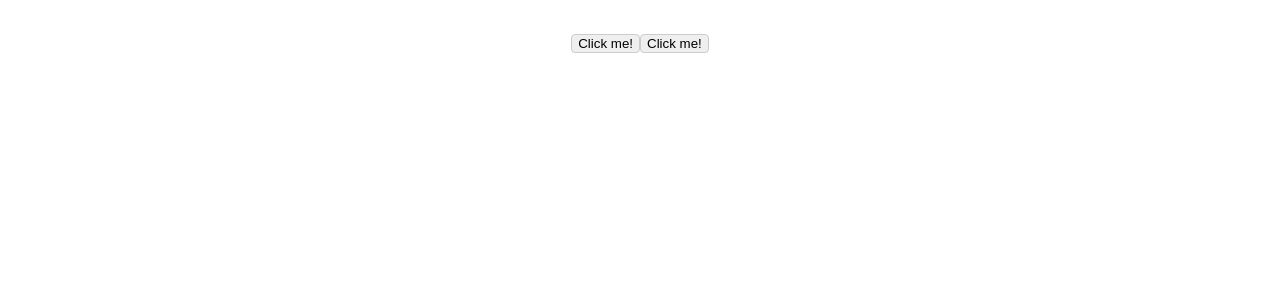
Repository: ThanhThn/tiktok-ui
Page: /
These files come from the project's save history. The page is drawn as it stood at one moment and after a run of saves; the edit follows.
The browser window is 1280 px wide. The pictures show the whole page.
The project was rebuilt for these pictures with package versions that can differ from the ones it lists, and the page was loaded fresh each time.

Above is the page before, as saved 2023-09-02 13:53:15.

### src/index.js
import React from 'react';
import ReactDOM from 'react-dom/client';
import './index.css';
import App from './App';
import reportWebVitals from './reportWebVitals';
//Fake comments

const root = ReactDOM.createRoot(document.getElementById('root'));
root.render(
  //<React.StrictMode
       <App />
  //</React.StrictMode>
);

// If you want to start measuring performance in your app, pass a function
// to log results (for example: reportWebVitals(console.log))
// or send to an analytics endpoint. Learn more: https://bit.ly/CRA-vitals
reportWebVitals();

### src/App.js
import './App.css';
import Button from './components/Button'
function App() {

  return (
    <div className="App" style={{ padding: 32 }}>
      <Button/>
    </div>
  );
}



export default App;

### src/components/Button/index.js
import clsx from 'clsx'
import styles from './Button.module.css'

function Button(){
    console.log(styles)
    return (
        <>
        <button className={styles.btn}>
            Click me!
        </button>
        <button className={clsx(styles.btn, styles.active)}>
            Click me!
        </button>
        </>
    )
}

export default Button

### src/components/Button/Button.module.css
.btn {
    padding: 4xp 16px;
    border-radius: 4px;
    border: 1px solid #ccc;
}

Loaded but not shown: public/index.html (common file); src/index.css (common file); src/reportWebVitals.js (common file); src/App.css (common file)

After the next 5 saves:
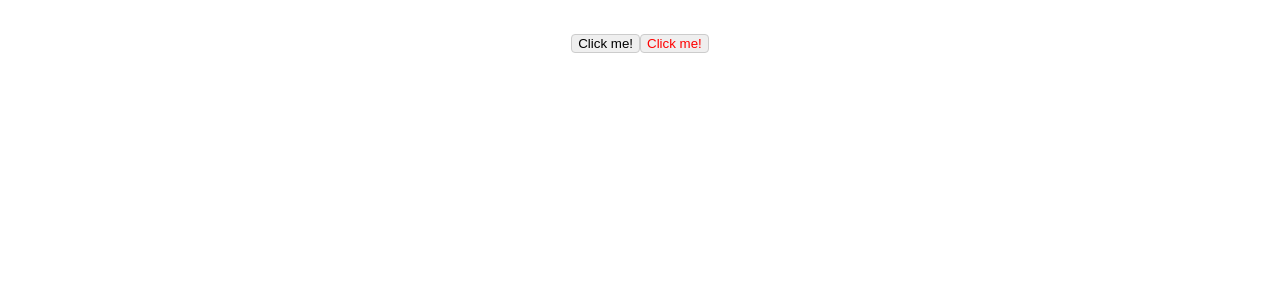
The 5 saves are shown as one change because they came seconds apart.
The last was saved 20 s later.
--- a/src/components/Button/Button.module.css
+++ b/src/components/Button/Button.module.css
@@ -3,3 +3,6 @@
     border-radius: 4px;
     border: 1px solid #ccc;
 }
+.active{
+    color: red;
+}

After the 3 saves that followed:
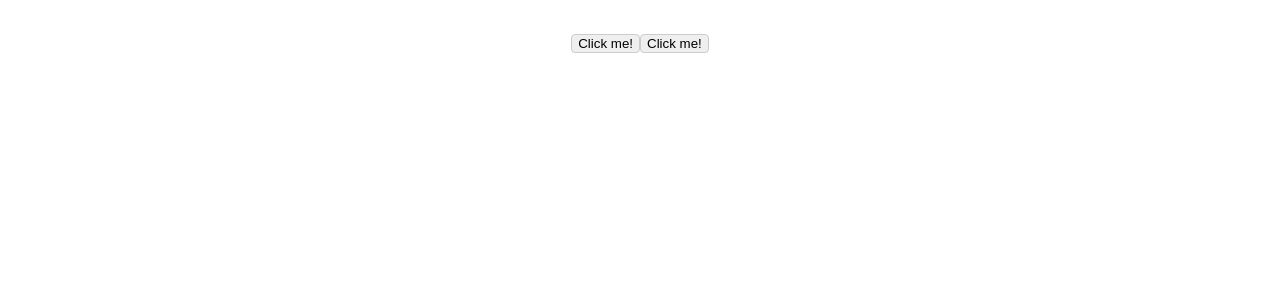
The 3 saves are shown as one change because 1 did not build or start and some came seconds apart.
The last was saved 28 s later.
--- a/src/components/Button/index.js
+++ b/src/components/Button/index.js
@@ -8,7 +8,9 @@ function Button(){
         <button className={styles.btn}>
             Click me!
         </button>
-        <button className={clsx(styles.btn, styles.active)}>
+        <button className={clsx(styles.btn,  {
+
+        })}>
             Click me!
         </button>
         </>
